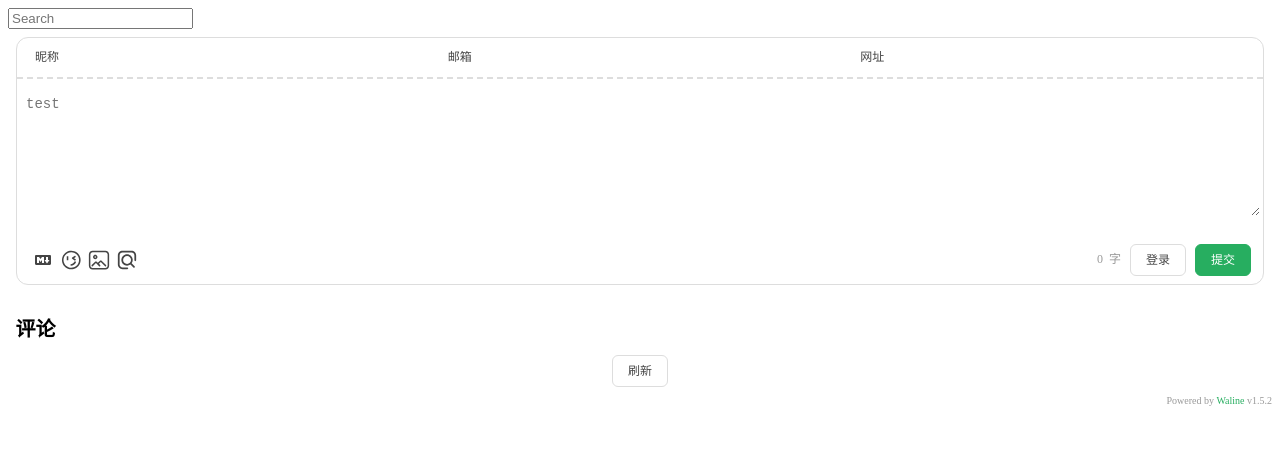
Repository: StarunneR/one-page
Page: index.html
An editor plug-in stored every save of this project. The page is shown before and after the next save, followed by the edit.
The browser window is 1280 px wide. The pictures show the whole page.
The page's requests for data from a server got no answer.

Above is the page before, as saved 2022-01-07 10:45:34.

After the next save:
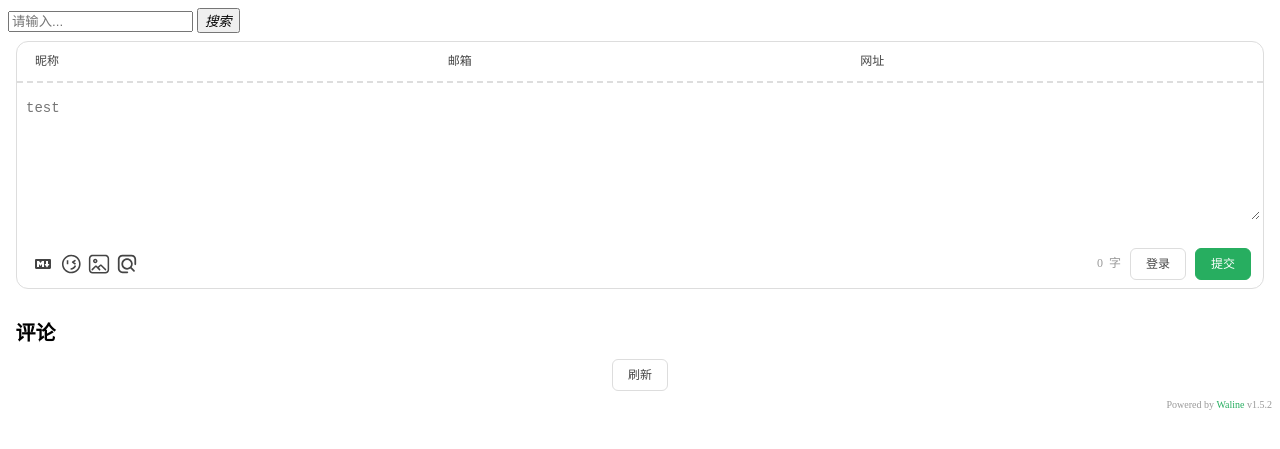
Saved 46 s later.
--- a/index.html
+++ b/index.html
@@ -9,7 +9,10 @@
 </head>
 
 <body>
-    <input type="search" placeholder="Search"></input>
+    <div class="search">
+        <input type="text" placeholder="请输入..." name="" id="" value="" />
+        <button><i>搜索</i></button>
+    </div>
     <div id="waline"></div>
     <script>
         Waline({

After the save that followed:
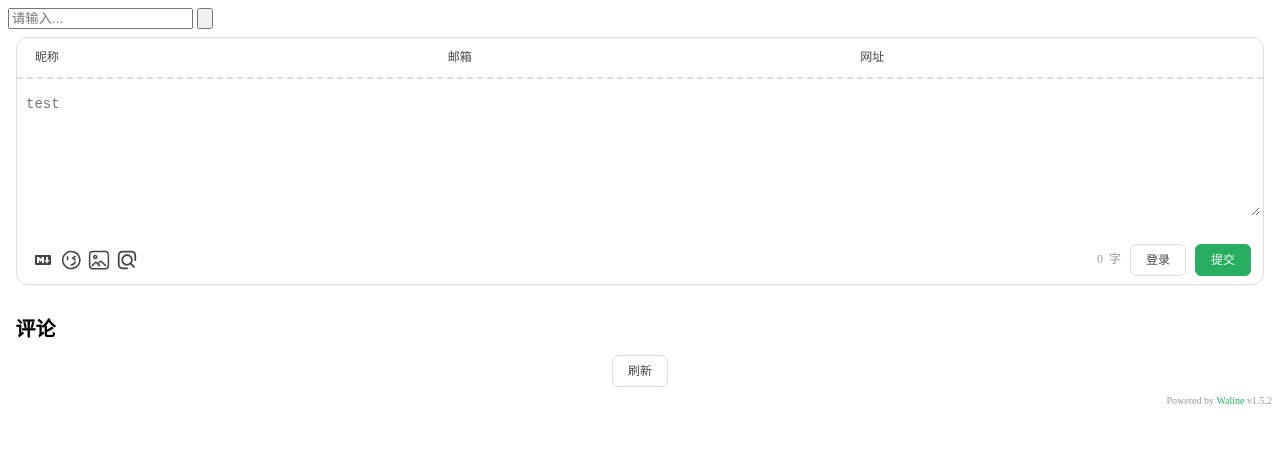
Saved 10 min 31 s later.
--- a/index.html
+++ b/index.html
@@ -11,7 +11,7 @@
 <body>
     <div class="search">
         <input type="text" placeholder="请输入..." name="" id="" value="" />
-        <button><i>搜索</i></button>
+        <input type="button" οnclick="window.location.href('xxx.cn')" />
     </div>
     <div id="waline"></div>
     <script>
